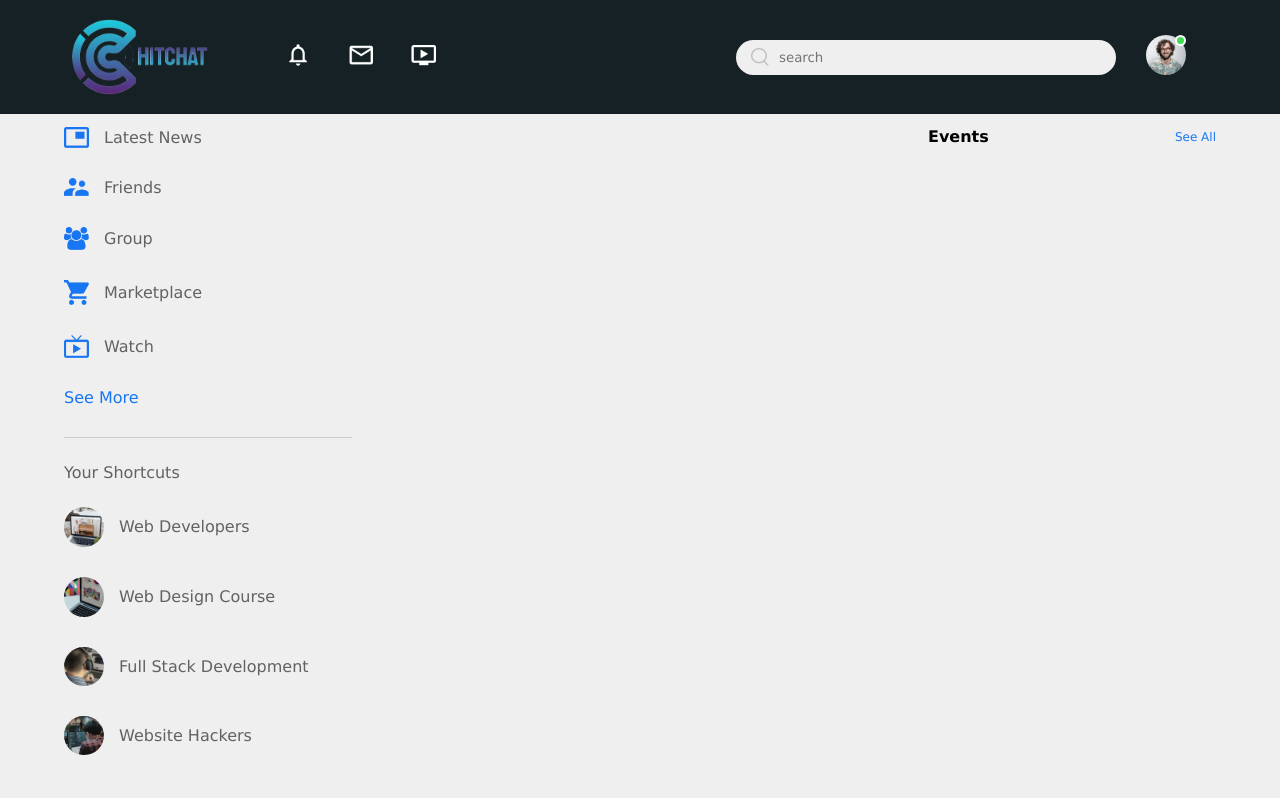
Repository: omarhasnain/ChitChat
Page: index.html
An editor plug-in stored every save of this project. The page is shown before and after the next save, followed by the edit.
The browser window is 1280 px wide. The pictures show the whole page.

Above is the page before, as saved 2021-07-11 16:44:14.

After the next save:
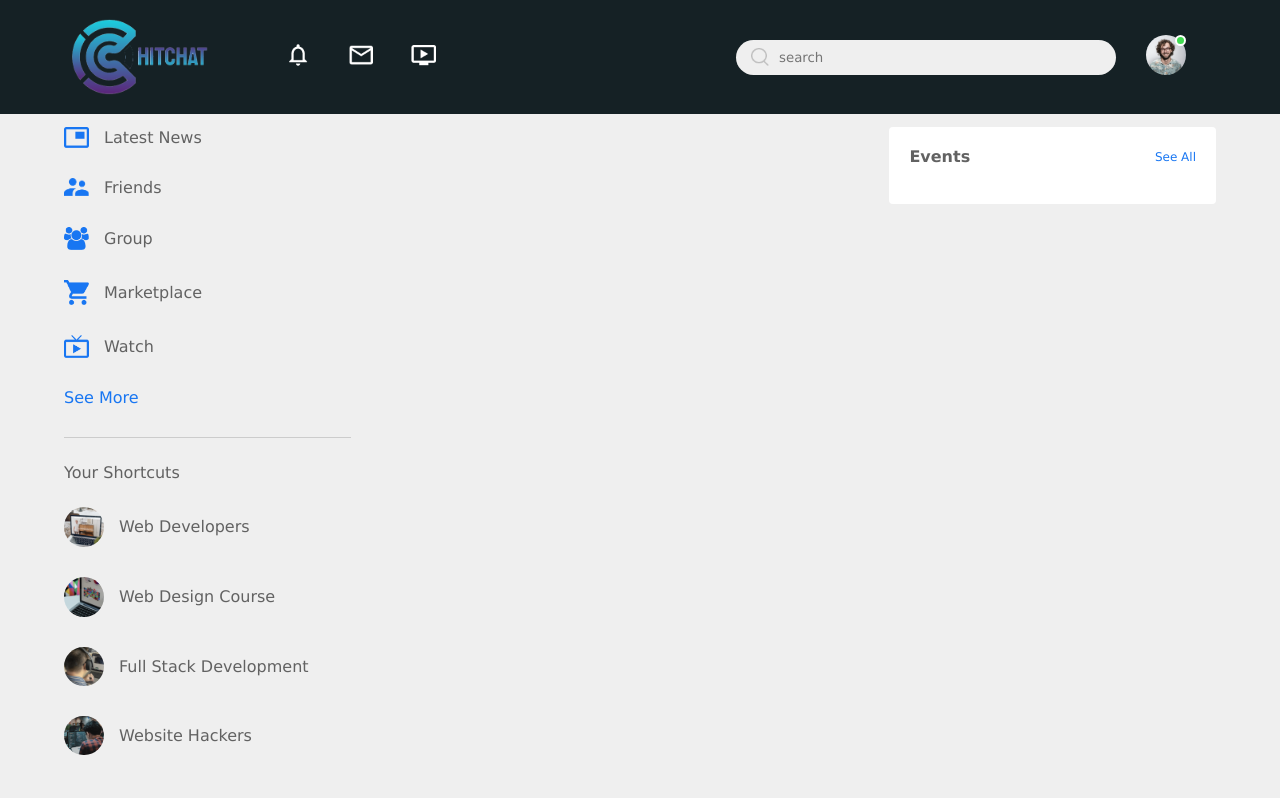
Saved 5 min 25 s later.
--- a/style.css
+++ b/style.css
@@ -109,6 +109,10 @@
     position: sticky;
     top: 70px;
     align-self: flex-start;
+    background: #fff;
+    padding: 20px;
+    border-radius: 4px;
+    color: #626262;
 }
 
 .main-content {
